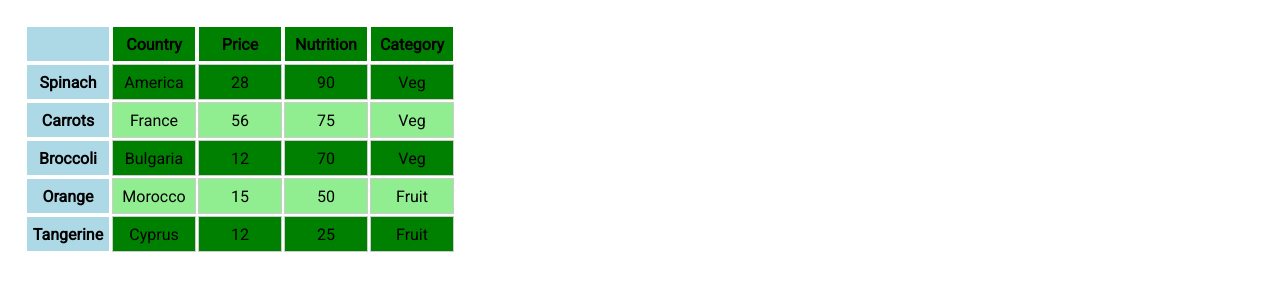
Repository: laurence100795/JavaScript-Table
Page: table.html
The author's editor kept a record of every edit. The page is drawn from the files as they stood at one moment, then again after the next edit.
The browser window is 1280 px wide. The pictures show the whole page.
After loading, the first visible `th` was clicked once.

Above is the page before.

### table.html
<!DOCTYPE html>
<html lang="en">

<head>
    <meta charset="UTF-8">
    <title>Table</title>
    <link href='https://fonts.googleapis.com/css?family=Roboto' rel='stylesheet' type='text/css'>
    <style>
        td,
        th {
            width: 5rem;
            height: 2rem;
            border: 1px solid #ccc;
            text-align: center;
        }

        th {
            background: lightblue;
            border-color: white;
        }

        body {
            padding: 1rem;
            font-family: Roboto;
        }

        .odd {
            background-color: green;
        }

        .even {
            background-color: lightgreen;
        }

        .blue {
            background:blue;
        }
    </style>
</head>

<body>
    <table>
        <tr>
            <th></th>  <!-- if this was assigned a td they would have even appled to them -->
            <th>Country</th>
            <th>Price</th>
            <th>Nutrition</th>
            <th>Category</th>
        </tr>
        <tr>
            <th>Spinach</th> <!-- 1 (odd) -->
            <td>America</td>
            <td>28</td>
            <td>90</td>
            <td>Veg</td>
        </tr>
        <tr>
            <th>Carrots</th> <!-- 2 (even) -->
            <td>France</td>
            <td>56</td>
            <td>75</td>
            <td>Veg</td>
        </tr>
        <tr>
            <th>Broccoli</th> <!-- 3 (odd) -->
            <td>Bulgaria</td>
            <td>12</td>
            <td>70</td>
            <td>Veg</td>
        </tr>
        <tr>
            <th>Orange</th> <!-- 4 (even) -->
            <td>Morocco</td>
            <td>15</td>
            <td>50</td>
            <td>Fruit</td>
        </tr>
        <tr>
            <th>Tangerine</th> <!-- 5 (odd) -->
            <td>Cyprus</td>
            <td>12</td>
            <td>25</td>
            <td>Fruit</td>
        </tr>
    </table>
    <script src="https://code.jquery.com/jquery-3.4.1.min.js" integrity="sha256-CSXorXvZcTkaix6Yvo6HppcZGetbYMGWSFlBw8HfCJo=" crossorigin="anonymous"></script>
    <script src="js/myscript.js"></script>
</body>

</html>

### js/myscript.js
$(document).ready(function() {

    $("tr:odd").addClass("odd"); // checks the .length number of the table applies to any odd numbers
    $("tr:even").addClass("even"); // checks the .length number of the table applies to any even numbers

    $("th").click(function(){
        $("tr").children().removeClass("selection")
        $(this).siblings().addClass("odd")
    })
});

After the next edit:
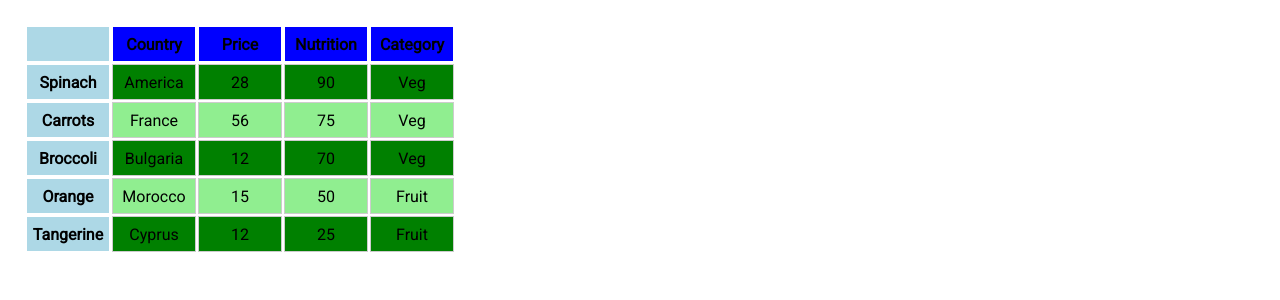
The edit:
--- a/js/myscript.js
+++ b/js/myscript.js
@@ -4,7 +4,9 @@
     $("tr:even").addClass("even"); // checks the .length number of the table applies to any even numbers
 
     $("th").click(function(){
-        $("tr").children().removeClass("selection")
-        $(this).siblings().addClass("odd")
+        $(this).siblings().addClass("blue")
+    })
+    $("tr").click(function(){
+        $(this).removeClass("odd").removeClass("even")
     })
 });
